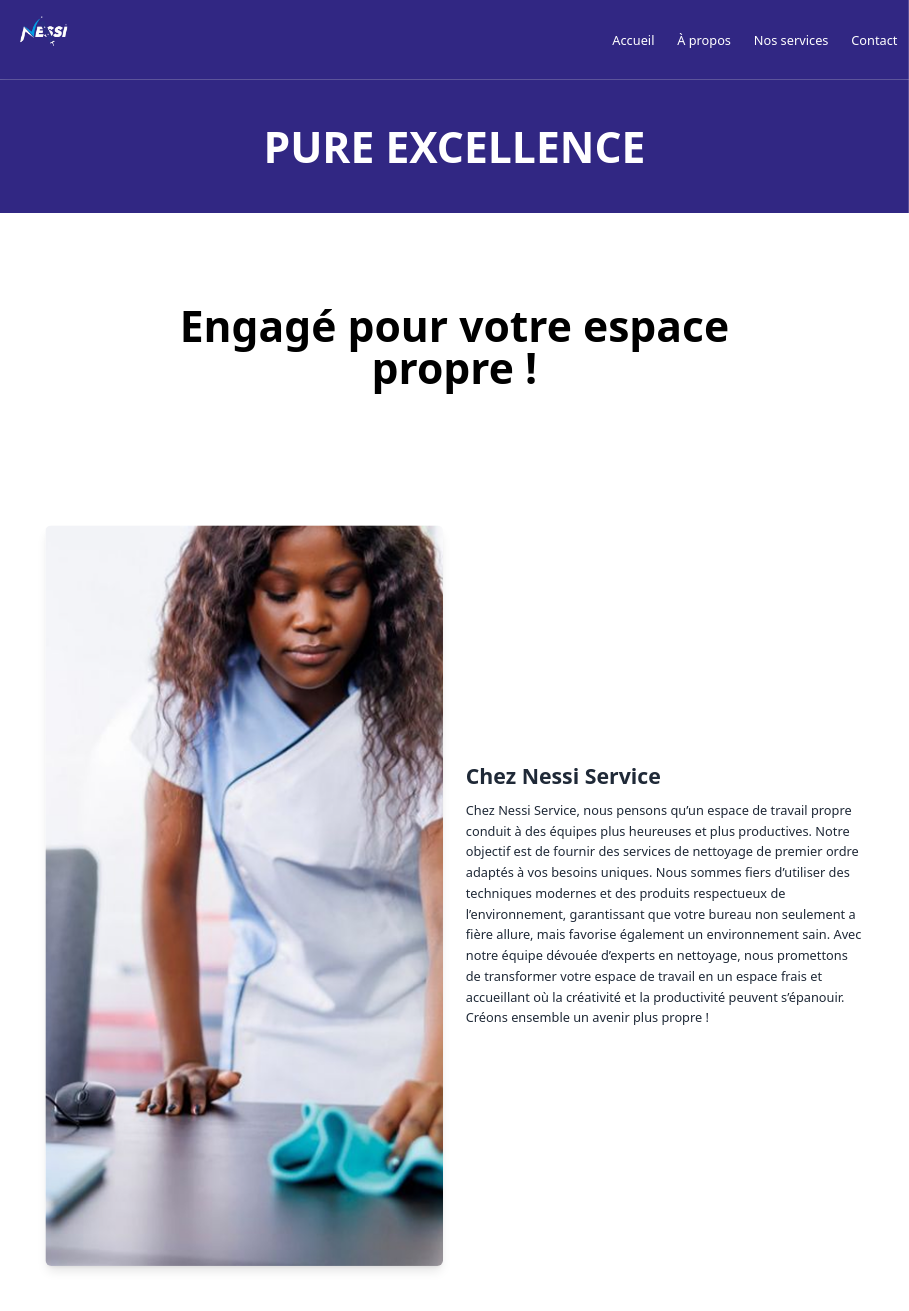
Repository: MDiouf9/Nessi
Page: /About
The author's editor kept a copy of each file at every save. The page is drawn from the files as they stood at one save, then again after the next save.
The browser window is 1280 px wide. The pictures show the whole page, at 71% of full size.
The project was rebuilt for these pictures with package versions that can differ from the ones it lists, and the page was loaded fresh each time. Also part of the build but not shown: vite.config.js, src/Global.css, src/App.css, src/components/Footer.jsx, src/Pages/Home.jsx, src/Pages/NotFound.jsx, src/components/Countries.jsx, src/Pages/Services.jsx and 1 more.

Above is the page before, as saved 2025-03-10 18:04:56.

### src/main.jsx
import { StrictMode } from 'react'
import { createRoot } from 'react-dom/client'
import './index.css'
import './Global.css'
import App from './App.jsx'

createRoot(document.getElementById('root')).render(
  <StrictMode>
    <App />
  </StrictMode>,
)

### src/index.css
@tailwind base;
@tailwind components;
@tailwind utilities;
























/* :root {
  font-family: Inter, system-ui, Avenir, Helvetica, Arial, sans-serif;
  line-height: 1.5;
  font-weight: 400;

  color-scheme: light dark;
  color: rgba(255, 255, 255, 0.87);
  background-color: #242424;

  font-synthesis: none;
  text-rendering: optimizeLegibility;
  -webkit-font-smoothing: antialiased;
  -moz-osx-font-smoothing: grayscale;
}

a {
  font-weight: 500;
  color: #646cff;
  text-decoration: inherit;
}
a:hover {
  color: #535bf2;
}

body {
  margin: 0;
  display: flex;
  place-items: center;
  min-width: 320px;
  min-height: 100vh;
}

h1 {
  font-size: 3.2em;
  line-height: 1.1;
}

button {
  border-radius: 8px;
  border: 1px solid transparent;
  padding: 0.6em 1.2em;
  font-size: 1em;
  font-weight: 500;
  font-family: inherit;
  background-color: #1a1a1a;
  cursor: pointer;
  transition: border-color 0.25s;
}
button:hover {
  border-color: #646cff;
}
button:focus,
button:focus-visible {
  outline: 4px auto -webkit-focus-ring-color;
}

@media (prefers-color-scheme: light) {
  :root {
    color: #213547;
    background-color: #ffffff;
  }
  a:hover {
    color: #747bff;
  }
  button {
    background-color: #f9f9f9;
  }
} */

### src/App.jsx

import { BrowserRouter , Routes, Route  } from "react-router-dom"
// import reactLogo from './assets/react.svg'
// import viteLogo from '/vite.svg'
import './App.css'
import Home from './Pages/Home'
import NotFound from './Pages/NotFound'
import About from './Pages/About'
import Countries from './components/Countries'
import Services from './Pages/Services'
import Contact from './Pages/Contact'


function App() {

  return (
    <>
     <BrowserRouter>
      <Routes>
        <Route path="/"  element={<Home />} />
        <Route path='/About' element={<About/>} />
        <Route path='/Services' element={<Services/>} />
        <Route path='/Contact' element={<Contact/>} />
        <Route path='/Countries' element={<Countries/>} />
        <Route path='*' element={<NotFound/>} />
      </Routes>
    </BrowserRouter>

    </>
  )
}

export default App

### src/Pages/About.jsx

import Header from '../components/Header'
import SectionWithImage from '../components/Sectionlesft'
import regulier from "../assets/fememenage.png";


const About = () => {
  return (
    <div>

        <Header/>
        <section className="bg-[#312783] text-white py-16 flex justify-center items-center">
      <h1 className="text-4xl md:text-6xl font-bold">PURE EXCELLENCE</h1>
    </section>
    {/* section 2 */}
    <section className=" text-white py-16 flex justify-center items-center">
      <h1 className="text-4xl md:text-6xl font-bold"> <section className=" text-black py-16 flex justify-center items-center">
      <h1 className="text-4xl md:text-6xl font-bold text-center">Engagé pour votre espace <br /> propre !</h1>
    </section></h1>
    </section>

        <SectionWithImage
             imageSrc={regulier} // Image à afficher
             altText="Nettoyage en action" // Texte alternatif
             title="Chez Nessi Service" // Titre de la section
             content="Chez Nessi Service, nous pensons qu’un espace de travail propre conduit à des équipes plus heureuses et plus productives. Notre objectif est de fournir des services de nettoyage de premier ordre adaptés à vos besoins uniques. Nous sommes fiers d’utiliser des techniques modernes et des produits respectueux de l’environnement, garantissant que votre bureau non seulement a fière allure, mais favorise également un environnement sain. Avec notre équipe dévouée d’experts en nettoyage, nous promettons de transformer votre espace de travail en un espace frais et accueillant où la créativité et la productivité peuvent s’épanouir. Créons ensemble un avenir plus propre !"
           />
    </div>
  )
}

export default About

### src/components/Header.jsx
import  { useState } from "react";
import { Link } from "react-router-dom";
import logo from "../assets/logo1.png";

const navLinks = [
  { name: "Accueil", path: "/" },
  { name: "À propos", path: "/about" },
  { name: "Nos services", path: "/services" },
  { name: "Contact", path: "/contact" }
];

const Header = () => {
  const [isMenuOpen, setIsMenuOpen] = useState(false); // État pour gérer l'ouverture du menu mobile

  return (
    <header className="bg-[#312783] text-white p-4 shadow-lg">
      <div className="container mx-auto flex justify-between items-center">
        {/* Logo */}
        <img src={logo} alt="Logo" className="h-20" />

        {/* Menu burger pour mobile */}
        <button
          className="lg:hidden text-white text-2xl"
          onClick={() => setIsMenuOpen(!isMenuOpen)}
          aria-label="Toggle Menu"
        >
          {isMenuOpen ? (
            <span>&#10005;</span>  // Croix de fermeture du menu
          ) : (
            <span>&#9776;</span>  // Icône hamburger
          )}
        </button>

        {/* Navigation */}
        <nav className={`lg:flex ${isMenuOpen ? "block" : "hidden"} lg:bg-transparent bg-[#312783]`}>
          <ul className="lg:flex lg:space-x-8 flex-col lg:flex-row space-y-4 lg:space-y-0 p-6 lg:p-0">
            {navLinks.map((link, index) => (
              <li key={index} className="relative">
                <Link
                  to={link.path}
                  className="hover:text-gray-300 text-lg transition-colors duration-300 ease-in-out"
                >
                  {link.name}
                </Link>
                {/* Ajouter une barre sous le lien actif */}
              </li>
            ))}
          </ul>
        </nav>
      </div>


    </header>
  );
};

export default Header;

### src/components/Sectionlesft.jsx
const SectionWithImage = ({ imageSrc, altText, title, content }) => {
    return (
      <section className="bg-white py-16 px-6 md:px-16">
        <div className="container mx-auto flex flex-col md:flex-row items-center gap-8">
          {/* Image à gauche */}
          <div className="md:w-1/2">
            <img src={imageSrc} alt={altText} className="w-full rounded-lg shadow-lg" />
          </div>

          {/* Texte à droite */}
          <div className="md:w-1/2 text-gray-800">
            <h2 className="text-3xl font-bold mb-4">{title}</h2>
            <p className="text-lg leading-relaxed">{content}</p>
          </div>
        </div>
      </section>
    );
  };

  export default SectionWithImage;

Loaded but not shown: index.html (common file); tailwind.config.js (common file)

After the next save:
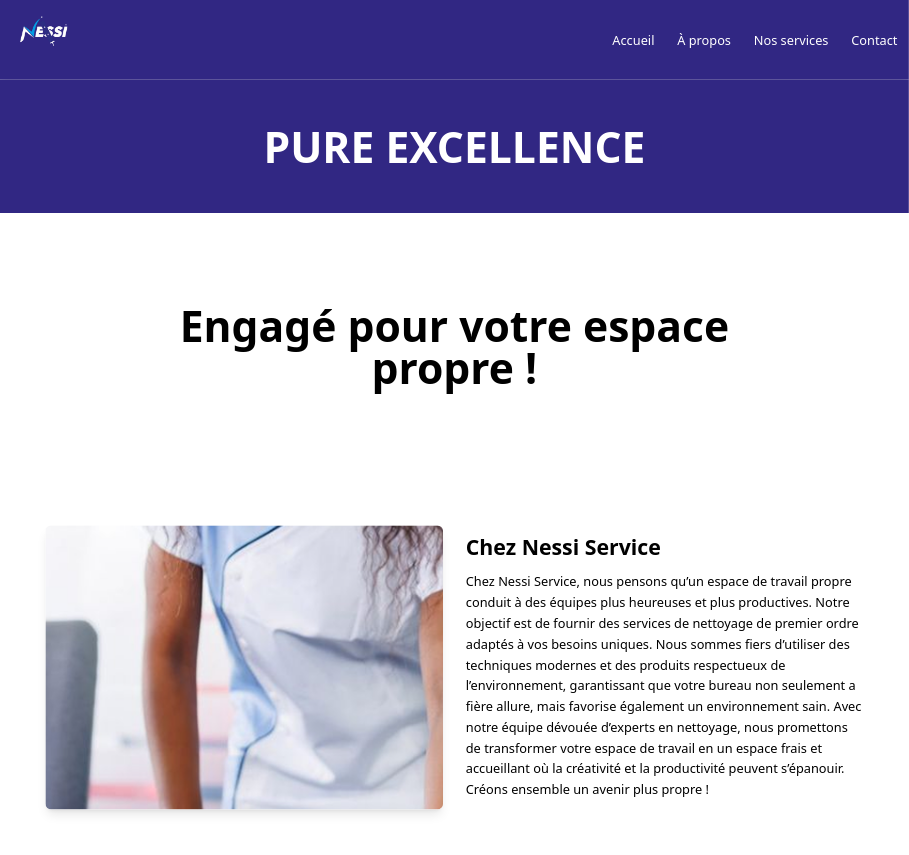
Saved 2 min 17 s later.
--- a/src/components/Sectionlesft.jsx
+++ b/src/components/Sectionlesft.jsx
@@ -3,12 +3,12 @@
       <section className="bg-white py-16 px-6 md:px-16">
         <div className="container mx-auto flex flex-col md:flex-row items-center gap-8">
           {/* Image à gauche */}
-          <div className="md:w-1/2">
-            <img src={imageSrc} alt={altText} className="w-full rounded-lg shadow-lg" />
+          <div className="md:w-1/2 flex justify-center items-center">
+            <img src={imageSrc} alt={altText} className="w-full h-full max-h-[400px] object-cover rounded-lg shadow-lg" />
           </div>
 
           {/* Texte à droite */}
-          <div className="md:w-1/2 text-gray-800">
+          <div className="md:w-1/2 flex flex-col justify-center h-full">
             <h2 className="text-3xl font-bold mb-4">{title}</h2>
             <p className="text-lg leading-relaxed">{content}</p>
           </div>

After the 6 saves that followed:
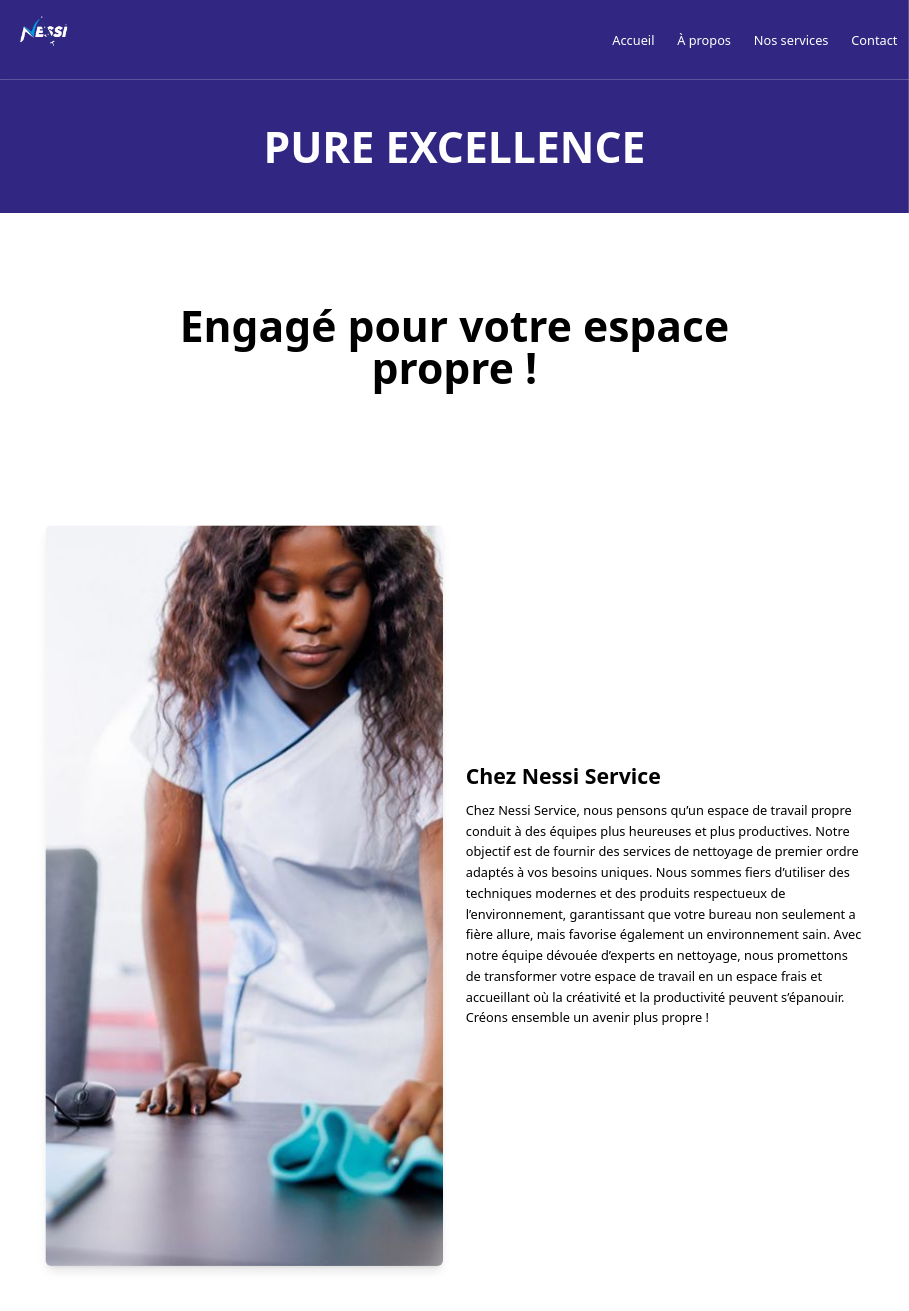
The 6 saves are shown as one change because 3 left the picture as it was and some came seconds apart.
The last was saved 2 min 13 s later.
--- a/src/components/Sectionlesft.jsx
+++ b/src/components/Sectionlesft.jsx
@@ -4,7 +4,7 @@
         <div className="container mx-auto flex flex-col md:flex-row items-center gap-8">
           {/* Image à gauche */}
           <div className="md:w-1/2 flex justify-center items-center">
-            <img src={imageSrc} alt={altText} className="w-full h-full max-h-[400px] object-cover rounded-lg shadow-lg" />
+            <img src={imageSrc} alt={altText} className="w-full h-full  object-cover  rounded-lg shadow-lg" />
           </div>
 
           {/* Texte à droite */}
